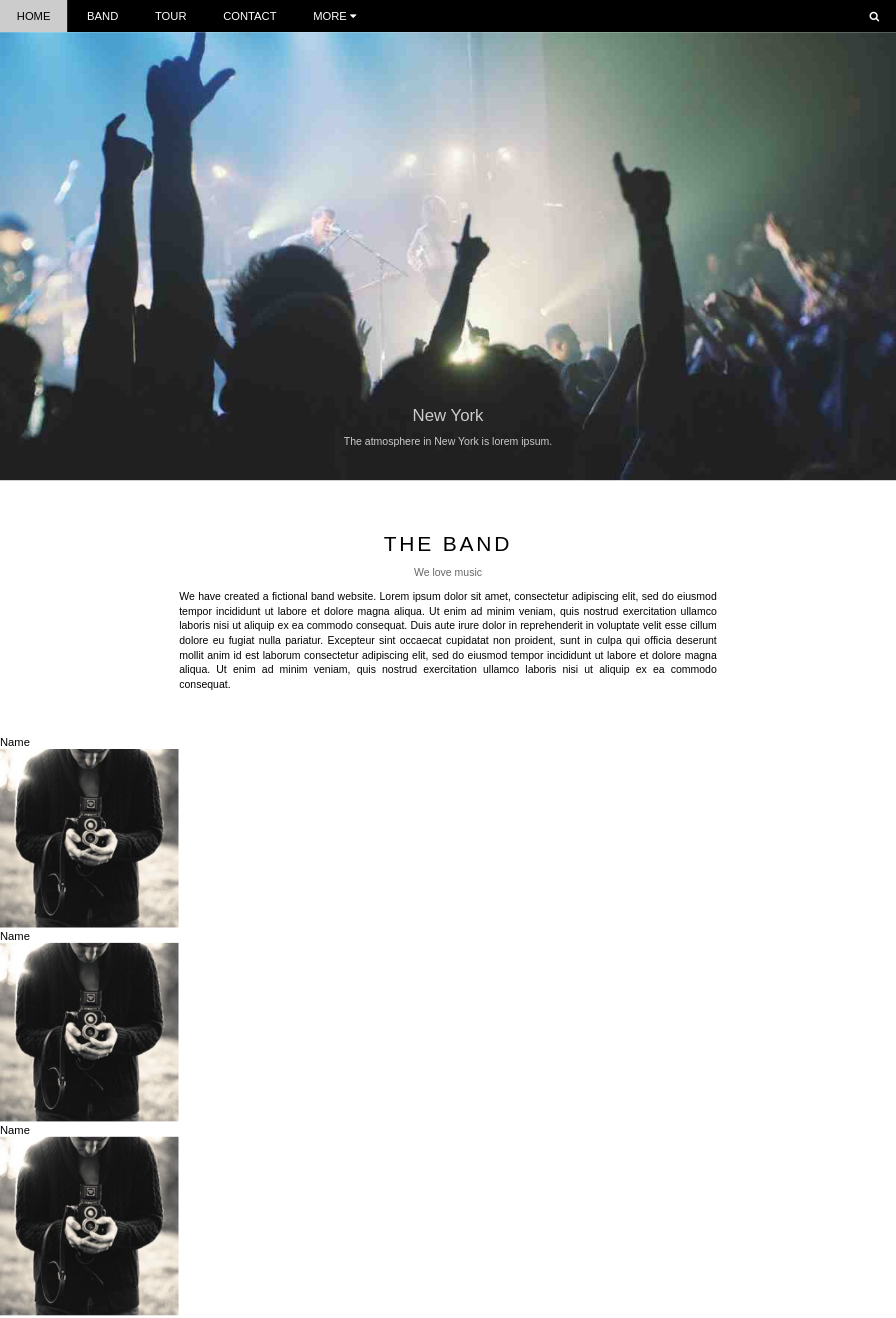
Repository: nguyenhoang2002062929/band
Page: index.html
These files come from the project's save history. The page is drawn as it stood at one moment and after the next save; the edit follows.
The browser window is 1280 px wide. The pictures show the whole page, at 70% of full size.

Above is the page before, as saved 2023-06-04 15:09:33.

After the next save:
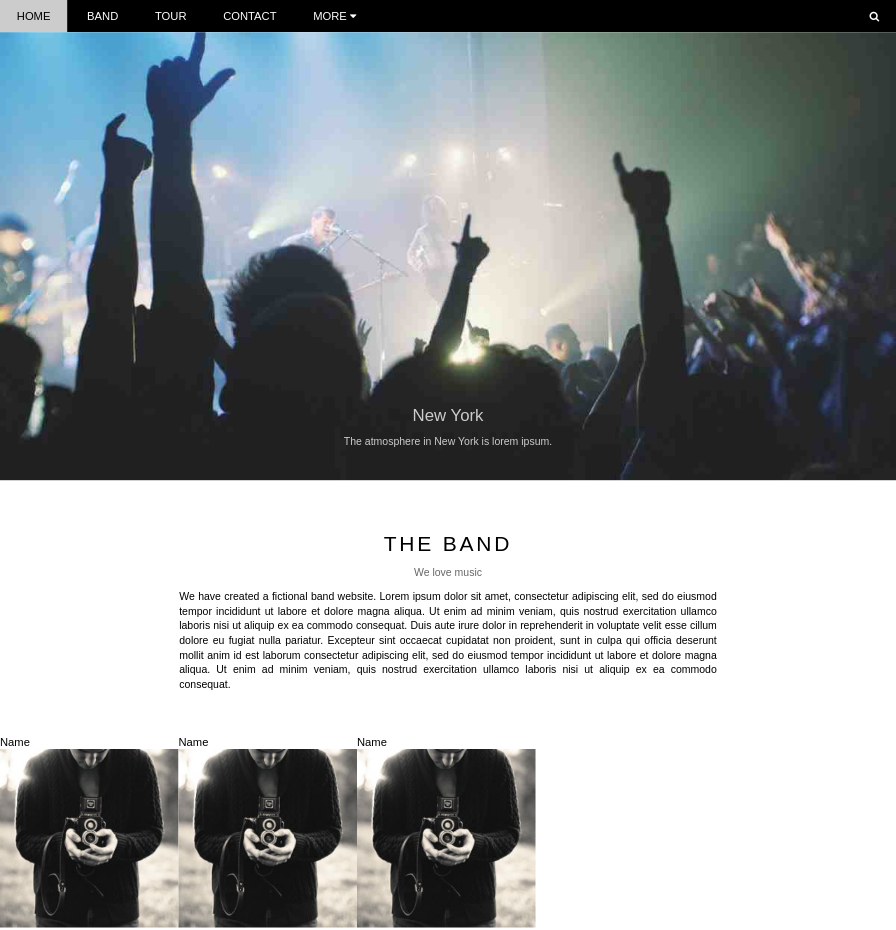
Saved 5 s later.
--- a/assets/css/style.css
+++ b/assets/css/style.css
@@ -120,7 +120,7 @@ cursor: pointer;
     line-height: 1.4;
 }
 .content-member{
-    display: inline-block;
+    display: flex;
     margin-left: auto;
     margin-right: auto;
 }
